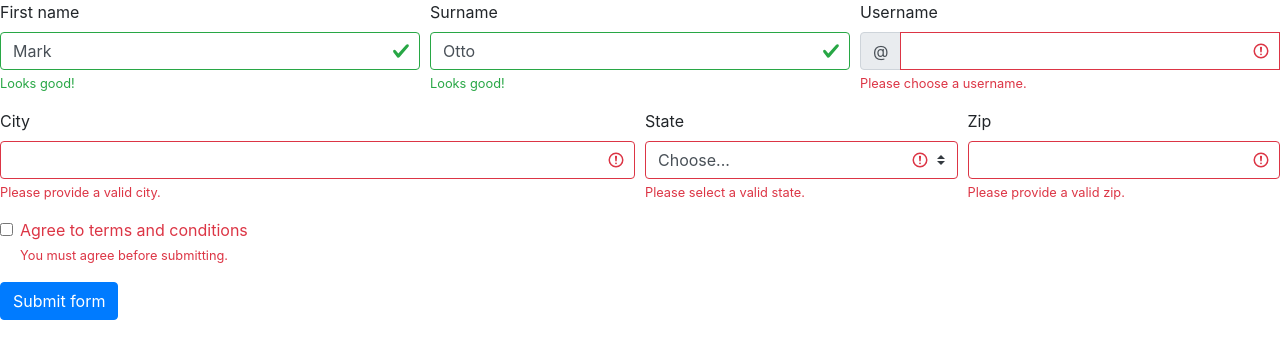
Repository: Tharshana-23/testform
Page: http://localhost/form
These files come from the project's save history. The page is drawn as it stood at one moment and after the next save; the edit follows.
The browser window is 1280 px wide. The page is 1285 px wide, so the pictures cover 1285 px, including what lies to the right of the window. The pictures show the whole page.
The page is this project's Thymeleaf template; nobody is signed in. The template is opened directly, without the code that normally fills it, so the values that code supplies are empty.

Above is the page before, as saved 2020-05-01 17:13:43.

After the next save:
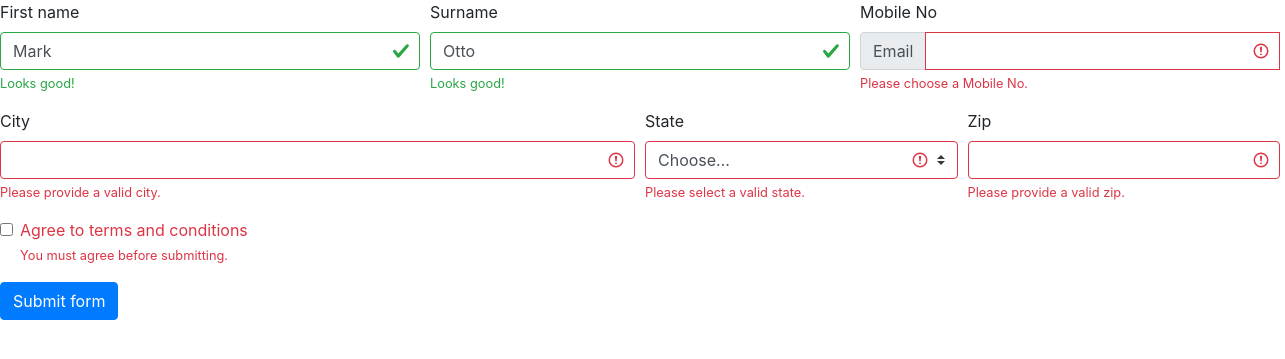
Saved 6 min 33 s later.
--- a/form/src/main/resources/templates/form.html
+++ b/form/src/main/resources/templates/form.html
@@ -26,14 +26,14 @@
       </div>
     </div>
     <div class="col-md-4 mb-3">
-      <label for="validationServerUsername">Username</label>
+      <label for="validationServerUsername">Mobile No</label>
       <div class="input-group">
         <div class="input-group-prepend">
-          <span class="input-group-text" id="inputGroupPrepend3">@</span>
+          <span class="input-group-text" id="inputGroupPrepend3">Email</span>
         </div>
         <input type="text" class="form-control is-invalid" id="validationServerUsername" aria-describedby="inputGroupPrepend3" required>
         <div class="invalid-feedback">
-          Please choose a username.
+          Please choose a Mobile No.
         </div>
       </div>
     </div>
